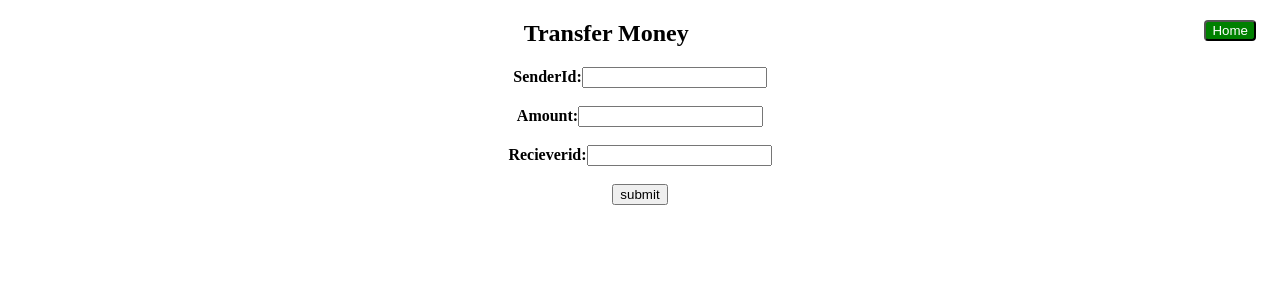
Repository: BarnalaManognaram/sparxintern
Page: sparx_internship/sparx/src/main/webapp/transfer.html
An editor plug-in stored every save of this project. The page is shown before and after the next save, followed by the edit.
The browser window is 1280 px wide. The pictures show the whole page.

Above is the page before, as saved 2021-09-19 16:14:20.

### sparx_internship/sparx/src/main/webapp/transfer.html
<!DOCTYPE html>
<html>
<head>
<meta charset="ISO-8859-1">
<title>transfer</title>
<link rel="stylesheet" href="home.css">
</head>
<body>
<a href="home.html"><button class="button1">Home</button></a>
  <center>
   <h2>Transfer Money</h2>
    <b>SenderId:</b><input type="text" name="sid" /><br><br>
    <b>Amount:</b><input type="text" name="tm"/><br><br>
    <b>Recieverid:</b><input type="text" name="rid"/><br><br>
    <input type="button" value="submit"/><br><br>
  </center>
</body>
</html>

### sparx_internship/sparx/src/main/webapp/home.css
@charset "ISO-8859-1";
.button{
	background-color:green;
	color: white;
	border-radius: 8px;
		margin-left:690px;
}
.button1{
	background-color:green;
	color: white;
	border-radius: 4px;
	float: right;
	margin-right:16px;
}
.heading{
	color:green;
}
.bottom{
	background-color:skyblue;
	border-radius: 8px;

}

.table {
  font-family: arial, sans-serif;
  border-collapse: collapse;
  width: 100%;
}

.td {
  border: 1px solid #dddddd;
  text-align: left;
  padding: 8px;
}


.tr:nth-child(even) {
  background-color: #dddddd;
}

After the next save:
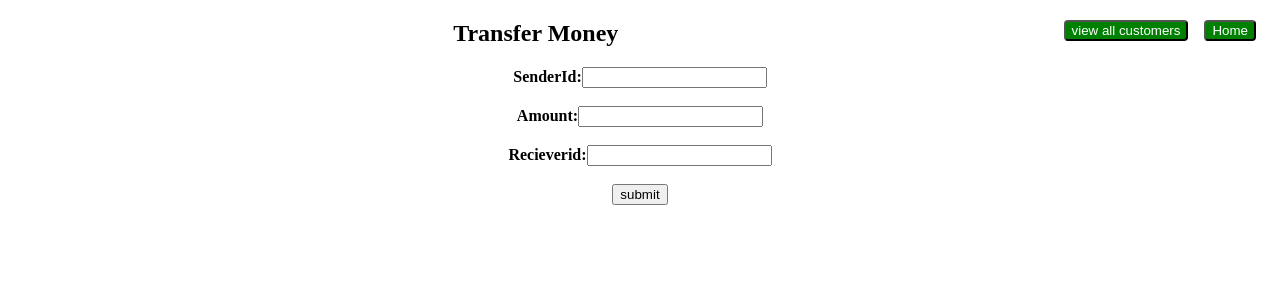
Saved 56 s later.
--- a/sparx_internship/sparx/src/main/webapp/transfer.html
+++ b/sparx_internship/sparx/src/main/webapp/transfer.html
@@ -7,6 +7,7 @@
 </head>
 <body>
 <a href="home.html"><button class="button1">Home</button></a>
+<a href="Customer.java"><button class="button1">view all customers</button></a>
   <center>
    <h2>Transfer Money</h2>
     <b>SenderId:</b><input type="text" name="sid" /><br><br>
